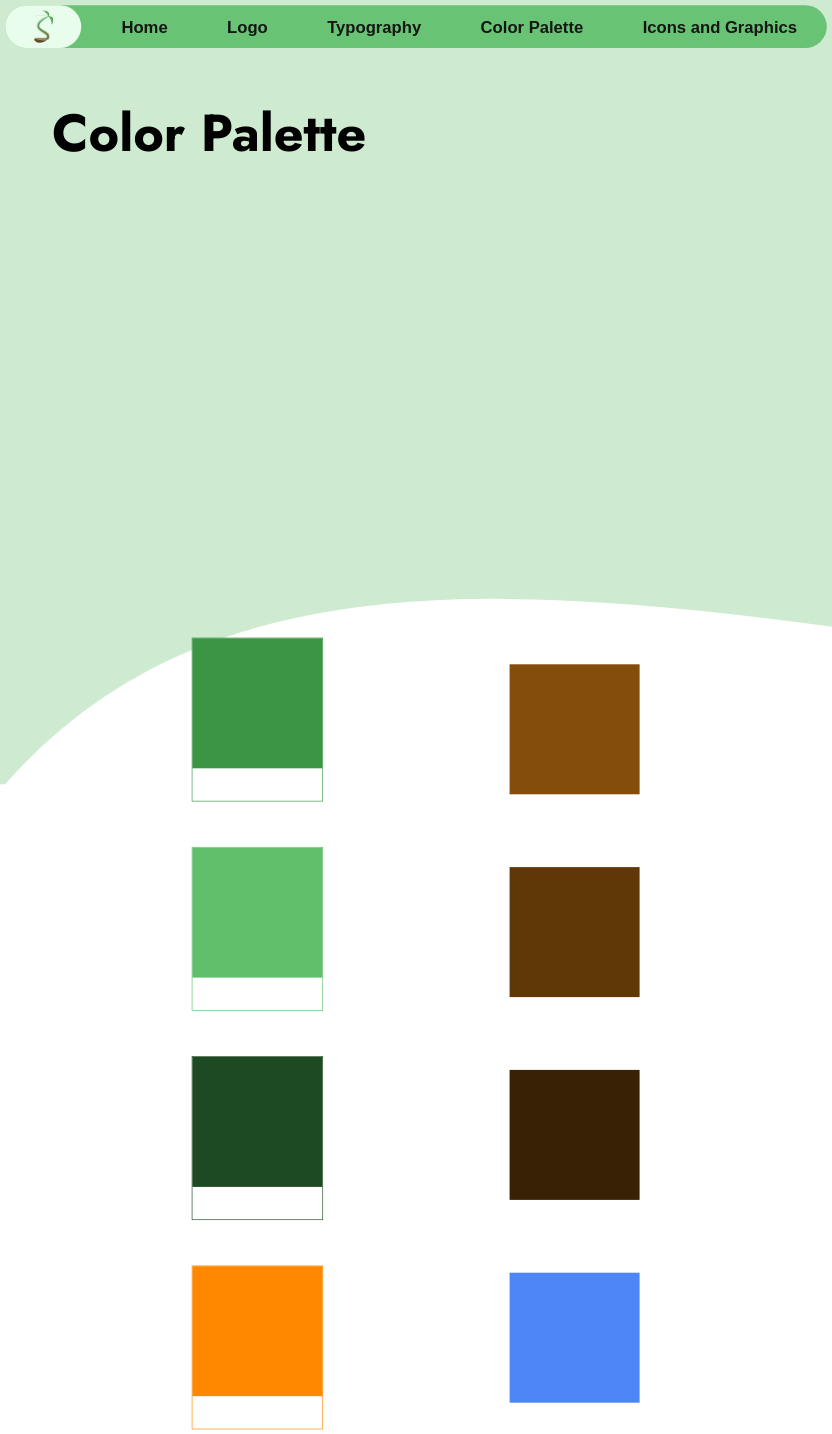
Repository: jjennbui/seedsprout_styleguide
Page: pages/colorPalette.html
The author's editor kept a copy of each file at every save. The page is drawn from the files as they stood at one save, then again after the next save.
The browser window is 1280 px wide. The pictures show the whole page, at 65% of full size.
Some web fonts or font styles are not loaded; a fallback is used.

Above is the page before, as saved 2023-03-11 01:20:49.

After the next save:
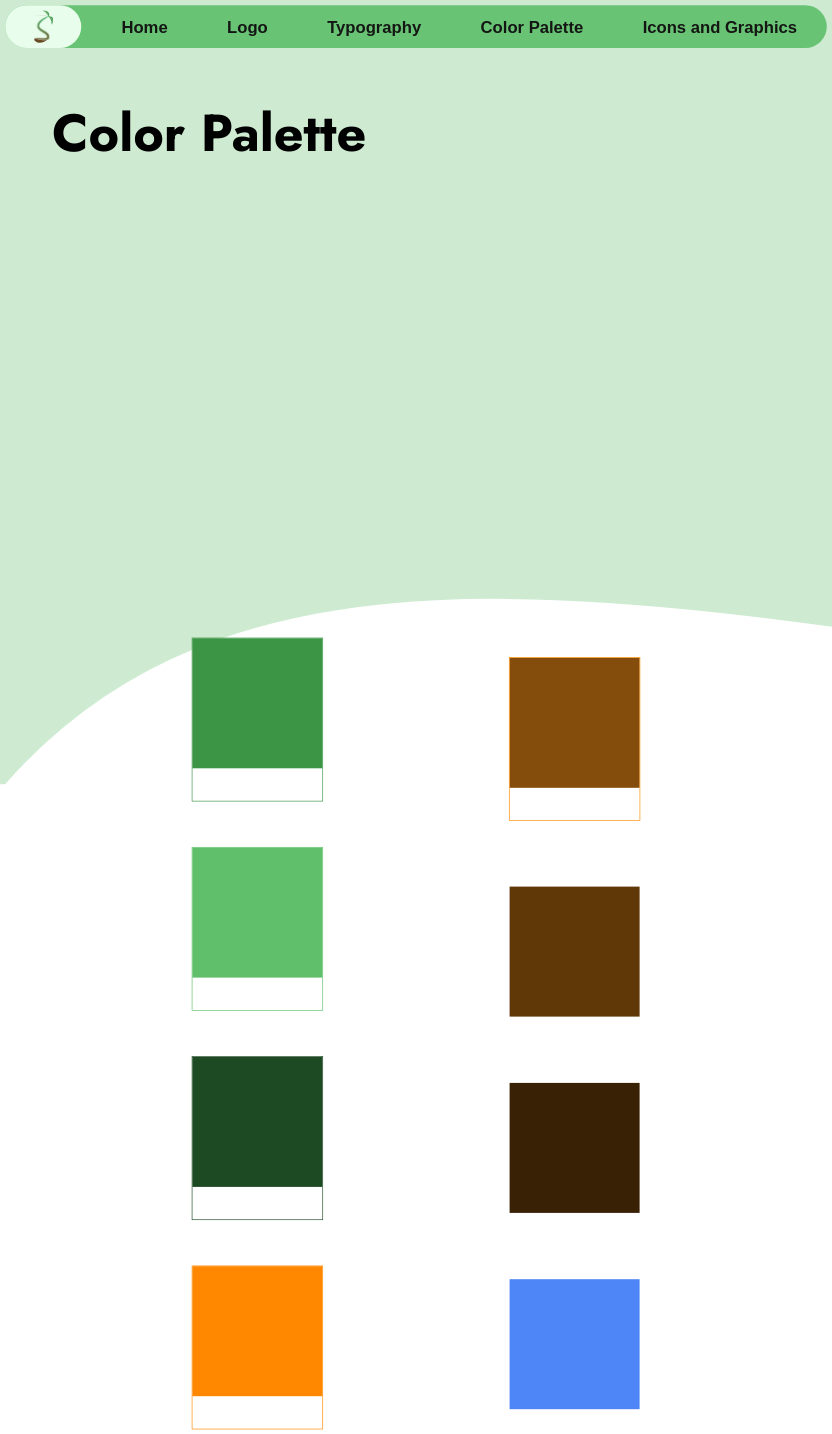
Saved 10 s later.
--- a/styles/home.css
+++ b/styles/home.css
@@ -218,7 +218,10 @@ body {
     outline: #FF8800 solid 1px;
 }
 .choco-box-size{
-
+    height: 250px;
+    width: 200px;
+
+    outline: #FF8800 solid 1px;
 }
 
 
